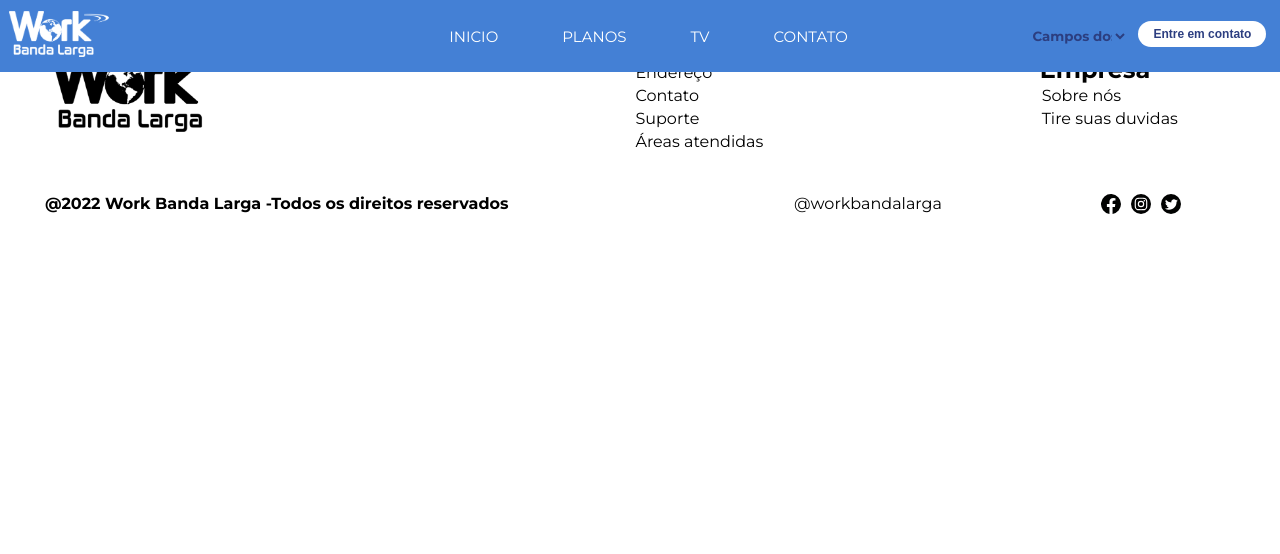
Repository: mateus-henrique-silva/WorkBandaLarga
Page: site_work/src/Pages/faq.html
The author's editor kept a copy of each file at every save. The page is drawn from the files as they stood at one save, then again after a run of saves.
The browser window is 1280 px wide. The pictures show the whole page.
Some web fonts or font styles are not loaded; a fallback is used.

Above is the page before, as saved 2022-09-20 09:58:04.
Console error: ReferenceError: $ is not defined

### site_work/src/Pages/faq.html
<!DOCTYPE html>
<html lang="en">
  <head>
    <meta charset="UTF-8" />
    <meta http-equiv="X-UA-Compatible" content="IE=edge" />
    <meta name="viewport" content="width=device-width, initial-scale=1.0" />
    <link rel="stylesheet" href="../CSS/Main/MainFaq/style.css" />
    <link rel="stylesheet" href="../CSS/Global.css" />
    <link rel="stylesheet" href="../CSS/Header/style.css" />
    <link rel="stylesheet" href="../CSS/Footer/Style.css" />
    <title>Document</title>
  </head>
  <body>
    <header>
      <nav>
        <a class="logo"
          ><img src="../Assets/logo-branca.png" width="100" alt=""
        /></a>
        <div class="mobile-menu">
          <div class="line1"></div>
          <div class="line2"></div>
          <div class="line3"></div>
        </div>
        <ul class="nav-list">
          <li><a href="#">Inicio</a></li>
          <li><a href="#planos">Planos</a></li>
          <li><a href="#tv">TV</a></li>
          <li><a href="#container"> Contato</a></li>
          <li>
            <select
              style="margin: 5px; margin-left: 0"
              name="cars"
              id="city"
              onChange="update()"
            >
              <option value="1">Campos dos Goytacazes</option>
              <option value="2">Conceição de Macabu</option>
              <option value="3">Quissamã</option>
              <option value="4">São João da Barra</option>
            </select>
          </li>
        </ul>
        <ul style="display: flex">
          <select
            style="margin: 5px; margin-left: 0"
            name="cars"
            id="city"
            onChange="update()"
          >
            <option value="1">Campos dos Goytacazes</option>
            <option value="2">Conceição de Macabu</option>
            <option value="3">Quissamã</option>
            <option value="4">São João da Barra</option>
          </select>
          <li style="list-style: none; font-size: 10px; margin: 5px">
            <a
              href="#"
              style="
                font-size: 12px;

                font-family: arial;
                color: white;
              "
              onclick="openForm()"
              class="contact-header"
              >Entre em contato</a
            >
          </li>
        </ul>
      </nav>
    </header>
    <main></main>
    <footer>
      <section>
        <div class="img-footer">
          <img src="../Assets/images/logo-preta.png" alt="" srcset="" />
        </div>
        <div class="link-footer">
          <div class="text-one">
            <h2>Relacionamento</h2>
            <a href="#map">Endereço</a>
            <a href="">Contato</a>
            <a href="">Suporte</a>
            <a href="">Áreas atendidas</a>
          </div>
          <div class="text-two">
            <h2>Empresa</h2>
            <a href="">Sobre nós</a>
            <a href="">Tire suas duvidas</a>
          </div>
        </div>
      </section>
      <section style="height: 5vh; display: flex; align-items: center">
        <div class="text-three">
          <strong>@2022 Work Banda Larga -Todos os direitos reservados </strong>
        </div>
        <div class="text-four">
          <p>@workbandalarga</p>
          <div class="social">
            <img src="../Assets/images/logo facebook.svg" alt="facebook" />
            <img src="../Assets/images/logo instagram.svg" alt="instagram" />
            <img src="../Assets/images/logo twitter.svg" alt="twitter" />
          </div>
        </div>
      </section>
    </footer>
    <script src="../Scripts/Menu/script.js"></script>
    <script type="text/javascript">
      $(document).ready(function () {
        $(".accordion-title").click(function (e) {
          var accordionitem = $(this).attr("data-tab");
          $("#" + accordionitem)
            .slideToggle()
            .parent()
            .siblings()
            .find(".accordion-content")
            .slideUp();

          $(this).toggleClass("active-title");
          $("#" + accordionitem)
            .parent()
            .siblings()
            .find(".accordion-title")
            .removeClass("active-title");

          $("i.fa-chevron-down", this).toggleClass("chevron-top");
          $("#" + accordionitem)
            .parent()
            .siblings()
            .find(".accordion-title i.fa-chevron-down")
            .removeClass("chevron-top");
        });
      });

      </script>
  </body>
</html>

### site_work/src/CSS/Global.css
@import url("https://fonts.googleapis.com/css2?family=Cinzel:wght@400;500;600;700;800;900&family=Montserrat:ital,wght@0,100;0,200;0,300;0,400;0,500;0,600;0,700;0,800;0,900;1,100;1,200;1,300;1,400;1,500;1,600;1,700;1,800;1,900&family=Roboto:ital,wght@0,300;0,400;0,500;0,700;0,900;1,100;1,300;1,400;1,500;1,700;1,900&display=swap");

* {
  margin: 0;
  padding: 0;
  border: 0;
  font-family: "Montserrat", sans-serif;
}

section {
  width: 100%;
  max-width: 100vw;
}

ul {
  list-style: none;
}
span {
  color: #67aee9;
}

html {
  scroll-behavior: smooth;
}

### site_work/src/CSS/Header/style.css
header {
  width: 100%;
  background-color: #4480d5;
  margin-top: 0;
}
a {
  color: black;
  text-decoration: none;
  transition: 0.3s;
}

a:hover {
  opacity: 0.7;
}

.logo {
  align-items: center;
  width: 15%;

  text-transform: uppercase;
  letter-spacing: 4px;
}

.logo h1 {
  font-size: 12px;
}

nav {
  display: flex;
  z-index: 1000;
  position: fixed !important;
  width: 100%;
  margin-top: 0;

  justify-content: space-around;
  align-items: center;
  background-color: #4480d5;
  height: 10vh;
}

.nav-list {
  justify-content: center;
  align-items: center;
  list-style: none;
  width: 62%;
  display: flex;
  z-index: 1;
}
.nav-list li:last-child {
  margin-right: -100px !important;
}
/* .nav-list li:last-child {
  padding: 10px 20px 10px;
  border: 1px solid #ffffff;
  border-radius: 5px;
  transition: 1s !important;
} */

/* .nav-list li:last-child:hover {
  border: 1px solid #d81f26;
} */
.nav-list li {
  letter-spacing: 0px;
  font-size: 12px;
  text-transform: uppercase;
  margin: 32px;
}
.nav-list li a {
  color: white;
  font-size: 15px;
}
.nav-list li a:hover {
  opacity: 0.5;
}
/* .nav-list li a:last-child:hover {
  color: #ffffffff;
} */

.mobile-menu {
  display: none;
  margin-left: 80px;
  cursor: pointer;
}

.mobile-menu div {
  transition: 0.3s;

  width: 32px;
  height: 2px;
  background: white;
  margin: 8px;
}

@media (max-width: 950px) {
  body {
    overflow-x: hidden;
  }

  .nav-list li:last-child {
    padding: 0;
    border: 0;
    border-radius: 0;
    transition: 1s !important;
  }

  .nav-list li:last-child:hover {
    border: 0;
  }

  .nav-list {
    position: absolute;
    top: 7vh;
    right: 0;
    width: 100vw;
    height: 100vh;
    background-color: white;
    flex-direction: column;
    color: white;
    /* align-items: center; */
    display: none;
    justify-content: flex-start;
    transition: 0.4s ease-in;
    /* justify-content: space-around; */
    transform: translateX(100%);
  }

  .nav-list li {
    margin-top: 100px;
    margin-left: 0;
    opacity: 0;
    margin: 30px;
    margin-left: 0px;
  }
  nav li select {
    color: white;
    font-weight: bold;
    font-size: 15px;
    width: 100%;
  }

  .mobile-menu {
    display: block;
  }
  .contact-header {
    display: none;
  }

  .logo {
    margin-left: 10px;
    width: 60%;
  }
  /* nav {
    flex-direction: row-reverse;
    display: flex;
    justify-content: space-around;
  } */
  .logo img {
    width: 80px !important;
  }
}

.nav-list.active {
  transition: 0.3s;
  overflow-y: hidden;
  position: fixed;
  z-index: 10000;
  align-items: center;
  background-color: #4480d5;
  transform: translateX(0);
  display: flex;
}

.nav-list.active li {
  color: white !important;
  font-weight: bold;
  margin-right: 0px !important;
}

.nav-list.active li {
  color: white;
}

@keyframes navLinkFade {
  from {
    opacity: 0;
    transform: translateX(50px);
  }

  to {
    opacity: 1;
    transform: translateX(0);
  }
}
/* .line1 {
  width: 40px !important;
}
.line3 {
  width: 30px !important;
} */
.mobile-menu.active .line1 {
  transform: rotate(-45deg) translate(-8px, 8px);
}

.mobile-menu.active .line2 {
  opacity: 0;
}

.mobile-menu.active .line3 {
  transform: rotate(45deg) translate(-5px, -7px);
}

select {
  width: 100px;
  background-color: transparent;
  font-weight: bold;
  border: none;

  color: #2c3e80;
  cursor: pointer;
}
select option {
  background-color: transparent;
}
@media (max-width: 999px) {
  select {
    display: none;
  }
  .nav-list select {
    display: block !important;
  }
}

.nav-list select {
  display: none;
}
.contact-header {
  background-color: white;
  padding: 6px 15px 6px;
  color: #2c3e80 !important;
  font-weight: bold;
  border-radius: 20px;
  margin-right: 0px;
}

### site_work/src/CSS/Footer/Style.css
footer {
  width: 100%;

  height: 100%;
}
footer section .img-footer img {
  width: 180px;
  margin: 50px;
}
footer section .img-footer {
  width: 50%;
}

footer section {
  display: flex;
}
.link-footer {
  width: 70%;

  display: flex;
  align-items: center;
  justify-content: space-around;
}

footer .text-one {
  display: flex;
  flex-direction: column;
}
footer .text-two {
  display: flex;
  flex-direction: column;
}

footer .text-one a {
  margin: 2px;
}
footer .text-two a {
  margin: 2px;
}
.social {
  display: flex;
  justify-content: space-around;
}
.social img {
  margin: 5px;
  margin-top: 0;
  margin-bottom: 0;
  cursor: pointer;
}
.text-four {
  width: 50%;
  justify-content: space-evenly;
  display: flex;
}
.text-three strong {
  margin-left: 45px;
}
.text-three {
  width: 50%;
}
@media (max-width: 900px) {
  .img-footer {
    width: 100% !important;
    display: flex;
    justify-content: center;
  }
  .img-footer img {
    width: 100px !important;
    margin: 20px !important;
  }
  .link-footer {
    width: 100% !important;
  }
  footer section {
    display: flex;
    flex-direction: column;
    align-items: center;
  }
  .text-three strong {
    margin-left: 0;
    width: 100%;
    text-align: center;
    font-size: 10px;
  }
  .text-three {
    width: 100%;
    display: flex;
    align-items: center;
    height: 50px;
  }
  .text-four {
    width: 100%;
    justify-content: space-around;
  }
  .text-one h2 {
    font-size: 15px;
  }

  .text-two h2 {
    font-size: 15px;
  }
  .text-one a {
    font-size: 12px;
  }
  .text-two a {
    font-size: 12px;
  }
  .text-four p {
    font-size: 15px;
  }
  .text-four .social {
    margin-right: 30px;
  }
}

### site_work/src/Scripts/Menu/script.js
class MobileNavbar{


    constructor(mobileMenu, navList, navLinks){
        this.mobileMenu = document.querySelector(mobileMenu);
        this.navList = document.querySelector(navList);
        this.navLinks = document.querySelectorAll(navLinks);
        this.activeClass = "active";
        this.hadleClick =  this.hadleClick.bind(this);


    }

    animateLinks(){
        this.navLinks.forEach((link, index)=>{

            var calc = index/7+0.3;


            link.style.animation
            ?(link.style.animation="")
            :(link.style.animation= `navLinkFade 0.5s ease forwards ${calc}s`);


        });


    }


    hadleClick(){


        this.navList.classList.toggle(this.activeClass);
        this.mobileMenu.classList.toggle(this.activeClass);
        this.animateLinks();
    }

    addClickEvent(){
        this.mobileMenu.addEventListener("click", this.hadleClick);


    }

    init(){

        if(this.mobileMenu){

            this.addClickEvent();
        }
        return this;
    }
    }



    const mobileNavbar = new MobileNavbar(

        ".mobile-menu",

        ".nav-list",

        ".nav-list li",


        );


    mobileNavbar.init();

Loaded but not shown: site_work/src/CSS/Main/MainFaq/style.css (no stored copy; drawn as an empty file)

After the next 2 saves:
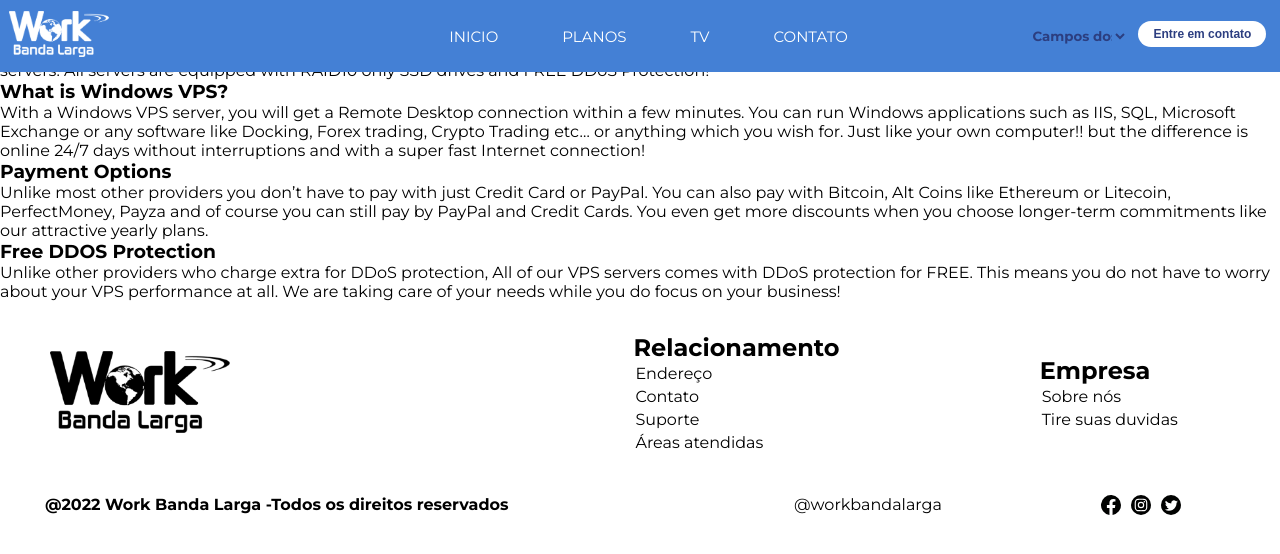
The 2 saves are shown as one change because they came seconds apart.
The last was saved 12 s later.
--- a/site_work/src/Pages/faq.html
+++ b/site_work/src/Pages/faq.html
@@ -69,7 +69,93 @@
         </ul>
       </nav>
     </header>
-    <main></main>
+    <main>
+      <section id="faq">
+        <div class="container faq">
+          <div class="container">
+            <div class="row">
+              <div class="col-sm-12">
+                <div class="accordions">
+                  <div class="accordion-item">
+                    <div class="accordion-title" data-tab="item1">
+                      <h3>Why FutureRDP? <i class="fa fa-chevron-down"></i></h3>
+                    </div>
+                    <div class="accordion-content" id="item1">
+                      <p>
+                        FutureRDP provides cheap and affordable Linux and
+                        Windows VPS servers and storage solution since 2008 for
+                        more than 11 years in multiple locations such as the
+                        United States, UK, France, Germany, Netherlands, and
+                        Canada. We have a range of different solutions for
+                        different purposes such as SSD VPS and Storage servers.
+                        All servers are equipped with RAID10 only SSD drives and
+                        FREE DDoS Protection!
+                      </p>
+                    </div>
+                  </div>
+
+                  <div class="accordion-item">
+                    <div class="accordion-title" data-tab="item2">
+                      <h3>
+                        What is Windows VPS? <i class="fa fa-chevron-down"></i>
+                      </h3>
+                    </div>
+                    <div class="accordion-content" id="item2">
+                      <p>
+                        With a Windows VPS server, you will get a Remote Desktop
+                        connection within a few minutes. You can run Windows
+                        applications such as IIS, SQL, Microsoft Exchange or any
+                        software like Docking, Forex trading, Crypto Trading
+                        etc… or anything which you wish for. Just like your own
+                        computer!! but the difference is online 24/7 days
+                        without interruptions and with a super fast Internet
+                        connection!
+                      </p>
+                    </div>
+                  </div>
+
+                  <div class="accordion-item">
+                    <div class="accordion-title" data-tab="item3">
+                      <h3>
+                        Payment Options <i class="fa fa-chevron-down"></i>
+                      </h3>
+                    </div>
+                    <div class="accordion-content" id="item3">
+                      <p>
+                        Unlike most other providers you don’t have to pay with
+                        just Credit Card or PayPal. You can also pay with
+                        Bitcoin, Alt Coins like Ethereum or Litecoin,
+                        PerfectMoney, Payza and of course you can still pay by
+                        PayPal and Credit Cards. You even get more discounts
+                        when you choose longer-term commitments like our
+                        attractive yearly plans.
+                      </p>
+                    </div>
+                  </div>
+
+                  <div class="accordion-item">
+                    <div class="accordion-title" data-tab="item4">
+                      <h3>
+                        Free DDOS Protection <i class="fa fa-chevron-down"></i>
+                      </h3>
+                    </div>
+                    <div class="accordion-content" id="item4">
+                      <p>
+                        Unlike other providers who charge extra for DDoS
+                        protection, All of our VPS servers comes with DDoS
+                        protection for FREE. This means you do not have to worry
+                        about your VPS performance at all. We are taking care of
+                        your needs while you do focus on your business!
+                      </p>
+                    </div>
+                  </div>
+                </div>
+              </div>
+            </div>
+          </div>
+        </div>
+      </section>
+    </main>
     <footer>
       <section>
         <div class="img-footer">
@@ -131,7 +217,6 @@
             .removeClass("chevron-top");
         });
       });
-
-      </script>
+    </script>
   </body>
 </html>
